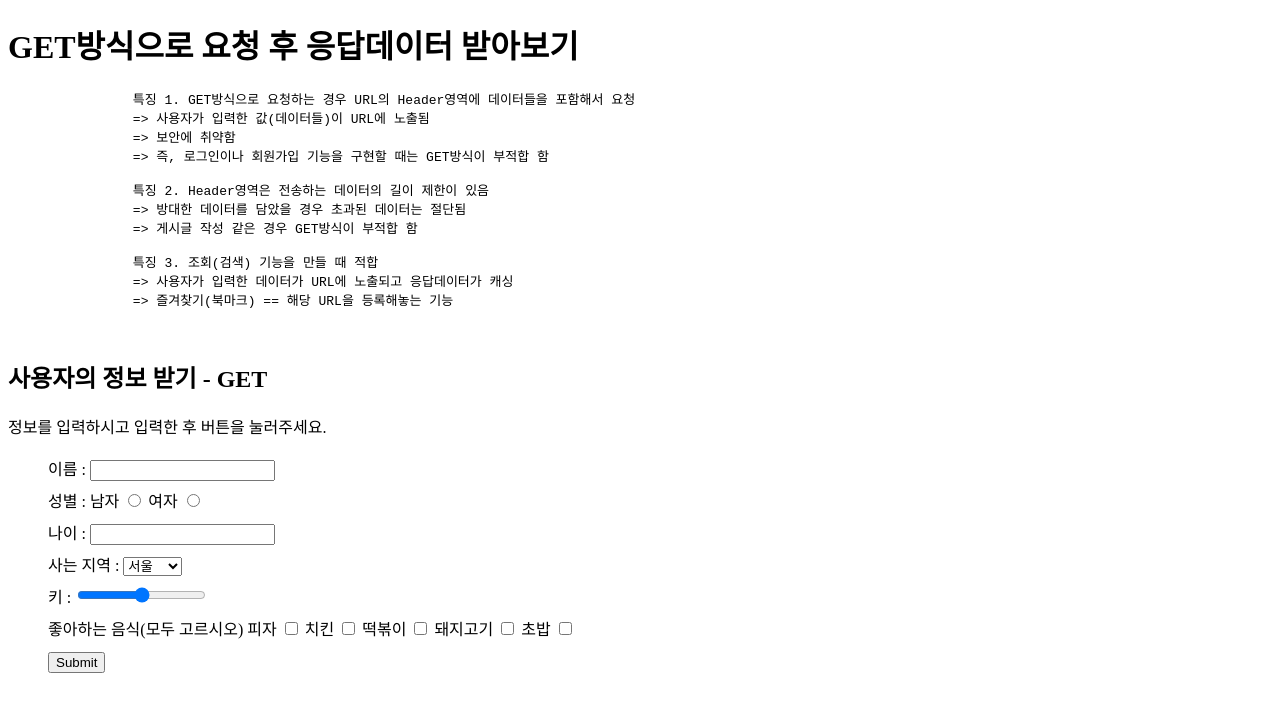
Repository: Rostreaca/0922_Web
Page: MyFirstWebProject/src/main/webapp/views/request_get.html
These files come from the project's save history. The page is drawn as it stood at one moment and after the next save; the edit follows.
The browser window is 1280 px wide. The pictures show the whole page.

Above is the page before, as saved 2025-09-22 08:15:45.

After the next save:
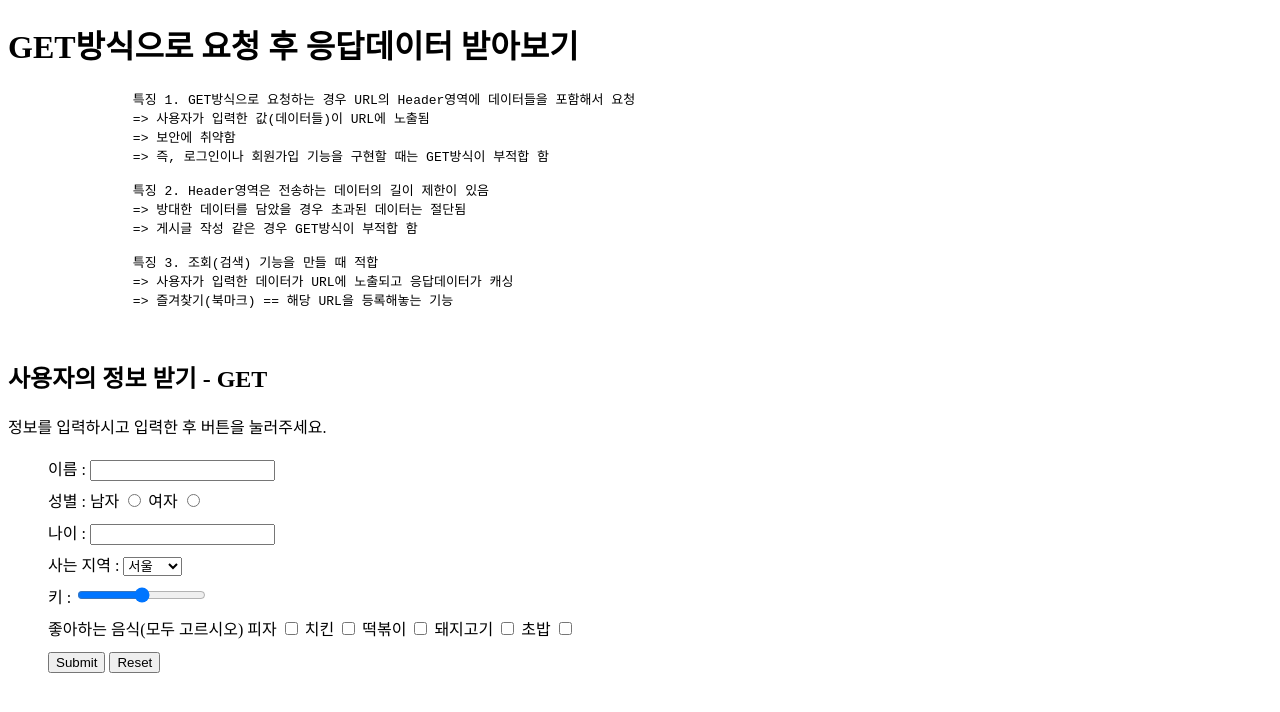
Saved 5 s later.
--- a/MyFirstWebProject/src/main/webapp/views/request_get.html
+++ b/MyFirstWebProject/src/main/webapp/views/request_get.html
@@ -65,6 +65,7 @@
 			</li>
 			<li>
 				<input type="submit" />
+				<input type="reset" />
 			</li>
 
 		</ul>
